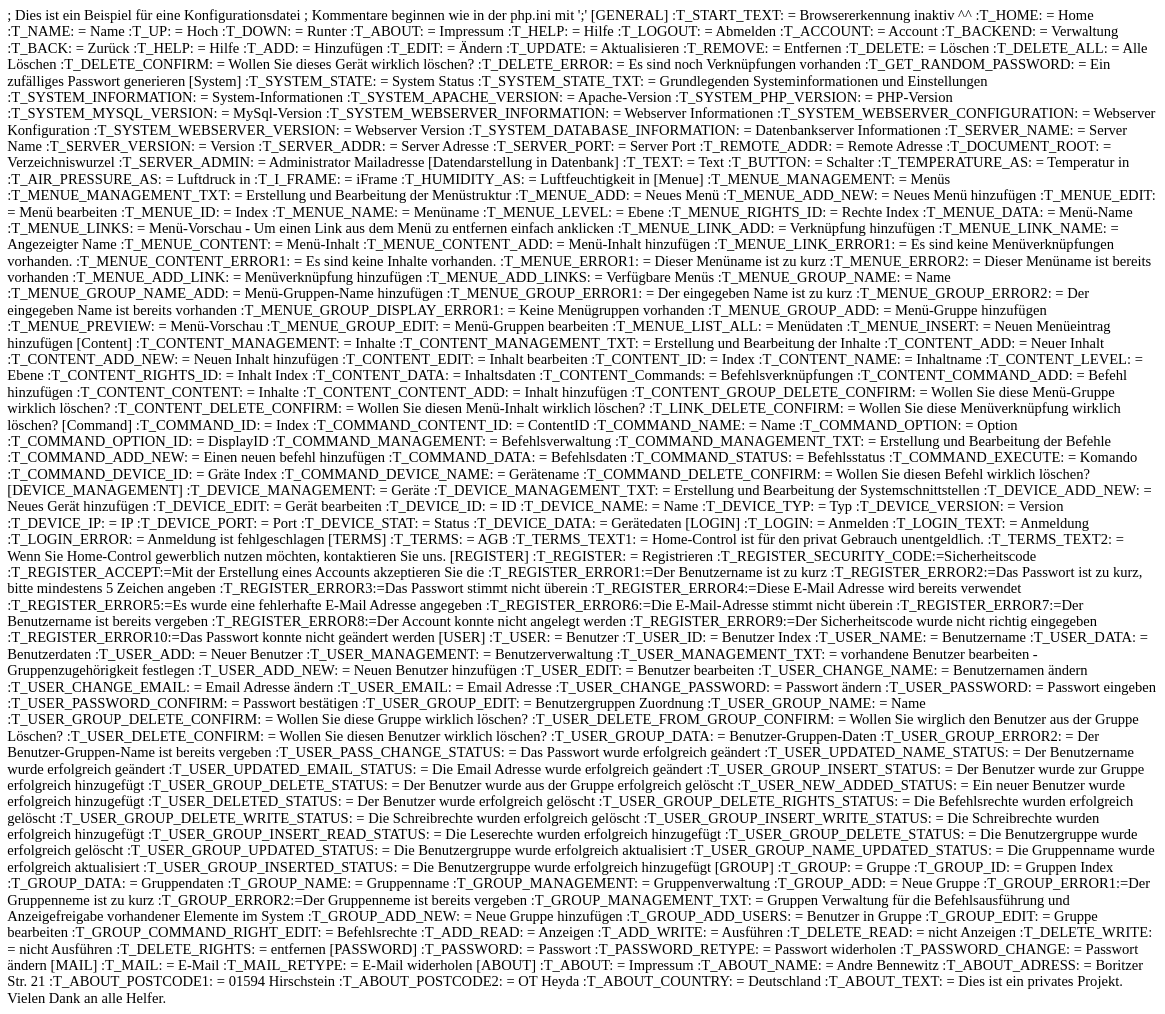
Repository: 0xF3ERROR/Home-Control
Page: http://localhost/language/lang_Ger.php
An editor plug-in stored every save of this project. The page is shown before and after the next save, followed by the edit.
The browser window is 1280 px wide. The pictures show the whole page, at 91% of full size.
The page is run by PHP 8.4 with error messages shown; the project is at /var/www/html/.

Above is the page before, as saved 2012-09-17 20:09:16.

After the next save:
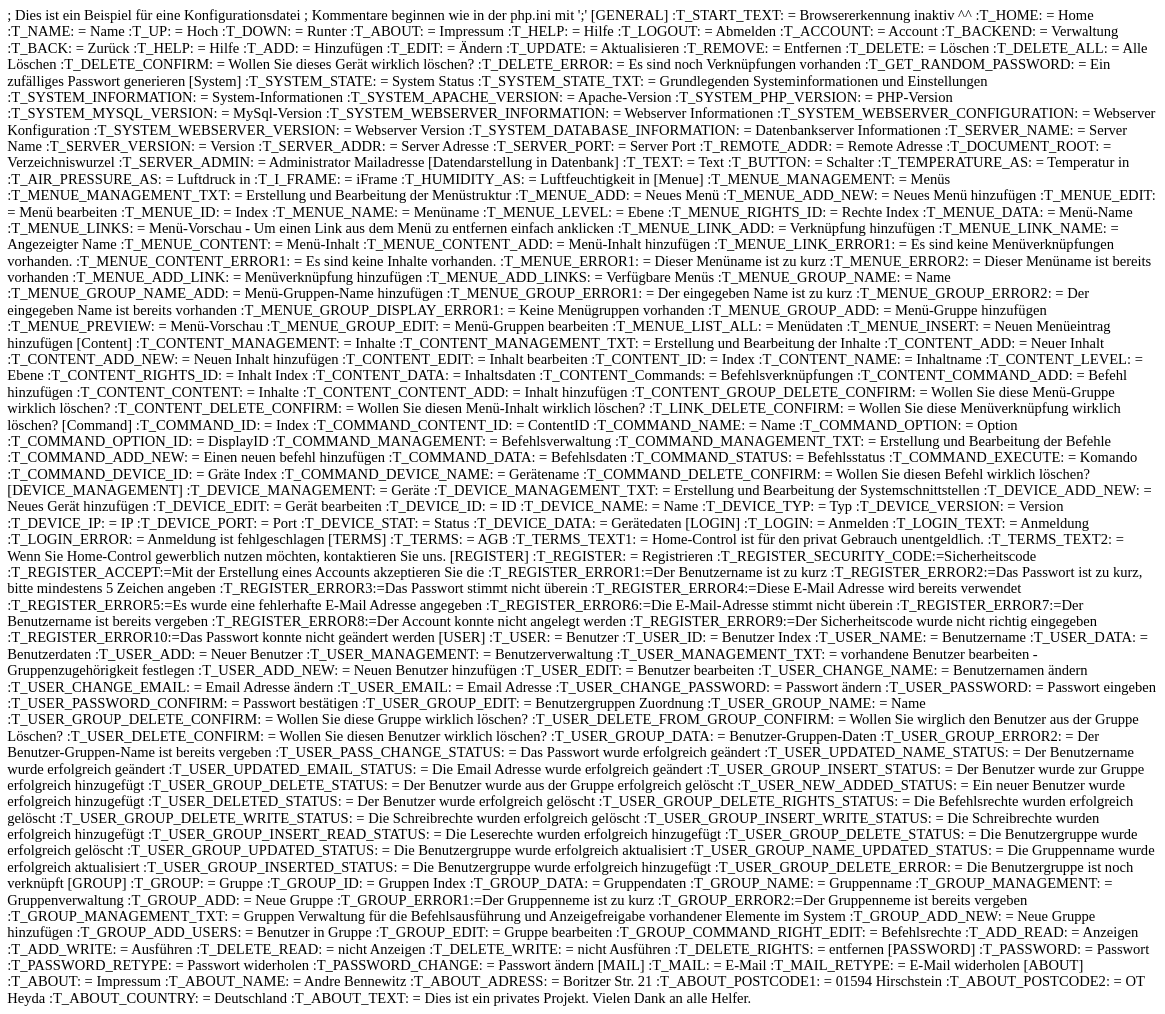
Saved 30 s later.
--- a/Source/language/lang_Ger.php
+++ b/Source/language/lang_Ger.php
@@ -214,7 +214,7 @@
 :T_USER_GROUP_UPDATED_STATUS: = Die Benutzergruppe wurde erfolgreich aktualisiert
 :T_USER_GROUP_NAME_UPDATED_STATUS: = Die Gruppenname wurde erfolgreich aktualisiert
 :T_USER_GROUP_INSERTED_STATUS: = Die Benutzergruppe wurde erfolgreich hinzugefügt
-
+:T_USER_GROUP_DELETE_ERROR: = Die Benutzergruppe ist noch verknüpft
 
 
 
